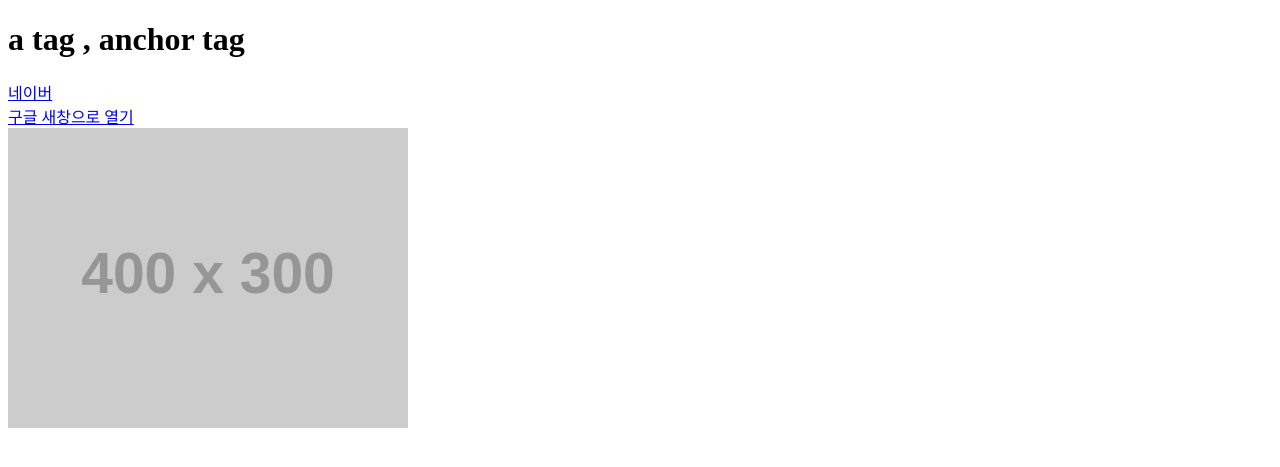
Repository: jihoonys82/weblec
Page: Front/WebContent/Ex01_HTML_tag/tagEx_04.html
An editor plug-in stored every save of this project. The page is shown before and after the next save, followed by the edit.
The browser window is 1280 px wide. The pictures show the whole page.

Above is the page before, as saved 2018-07-23 10:56:48.

After the next save:
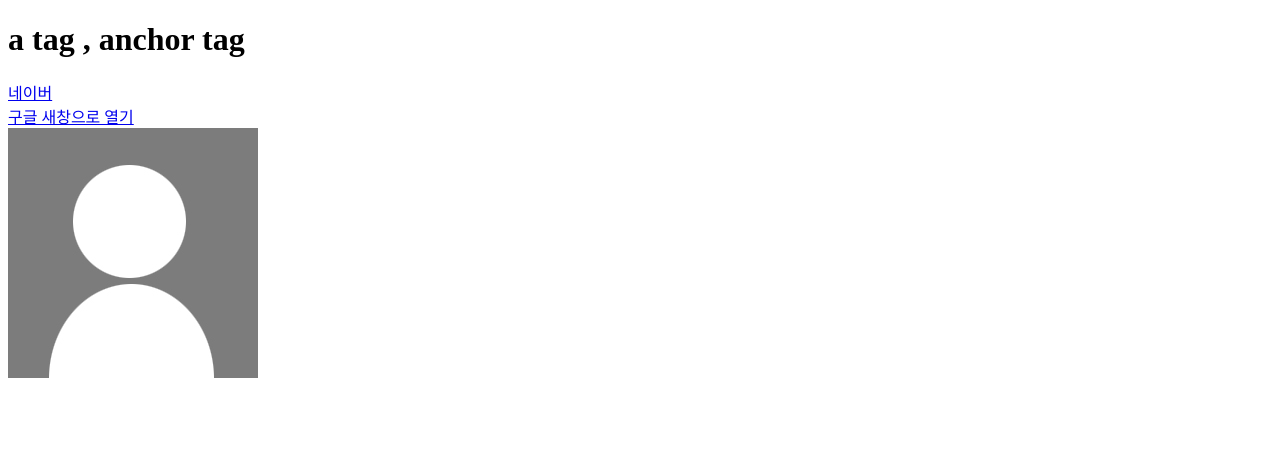
Saved 2 min 48 s later.
--- a/Front/WebContent/Ex01_HTML_tag/tagEx_04.html
+++ b/Front/WebContent/Ex01_HTML_tag/tagEx_04.html
@@ -13,7 +13,7 @@
 	<a href="http://www.google.com" target='_blank' >구글 새창으로 열기</a><br>
 
 	<!-- img, image tag, show images on web page -->
-	<img src='http://via.placeholder.com/400x300' width='400px' height='300px' title='blank' alt='blank image'>
+	<img src='./no-avatar.jpg' width='250px' height='250px' title='no avatar' alt='blank image'>
 	<!--
 		src : image path
 		width :
